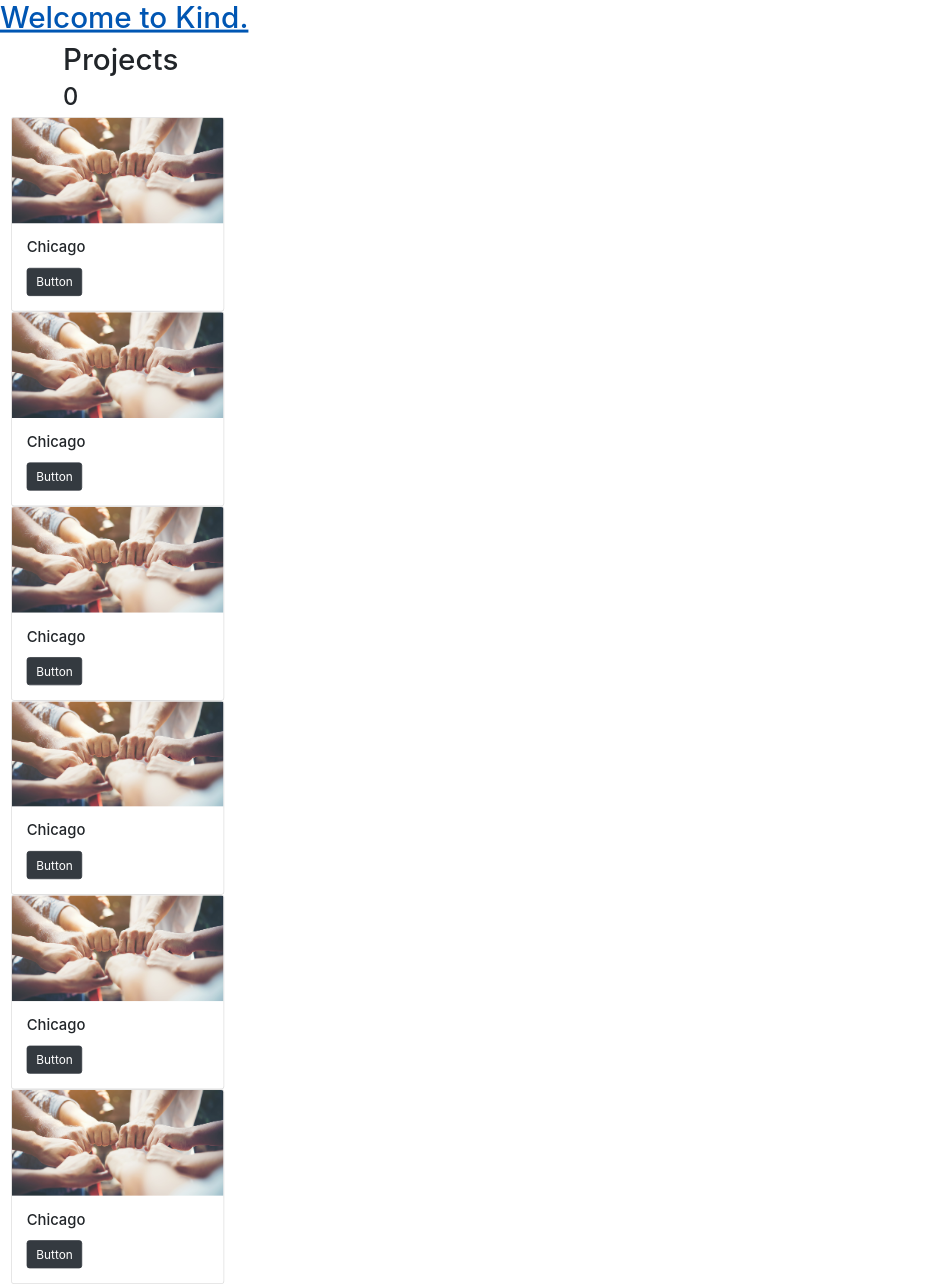
Repository: ruotolbr/KindApp--frontend
Page: / (app in kindappfront/)
An editor plug-in stored every save of this project. The page is shown before and after the next save, followed by the edit.
The browser window is 1280 px wide. The pictures show the whole page, at 74% of full size.
The page's requests for data from a server got no answer. The project was rebuilt for these pictures with package versions that can differ from the ones it lists, and the page was loaded fresh each time. No one was signed in, and anything a server would have sent is missing. Also part of the build but not shown: kindappfront/webpack.config.js.

Above is the page before, as saved 2021-03-02 13:46:48.

After the next save:
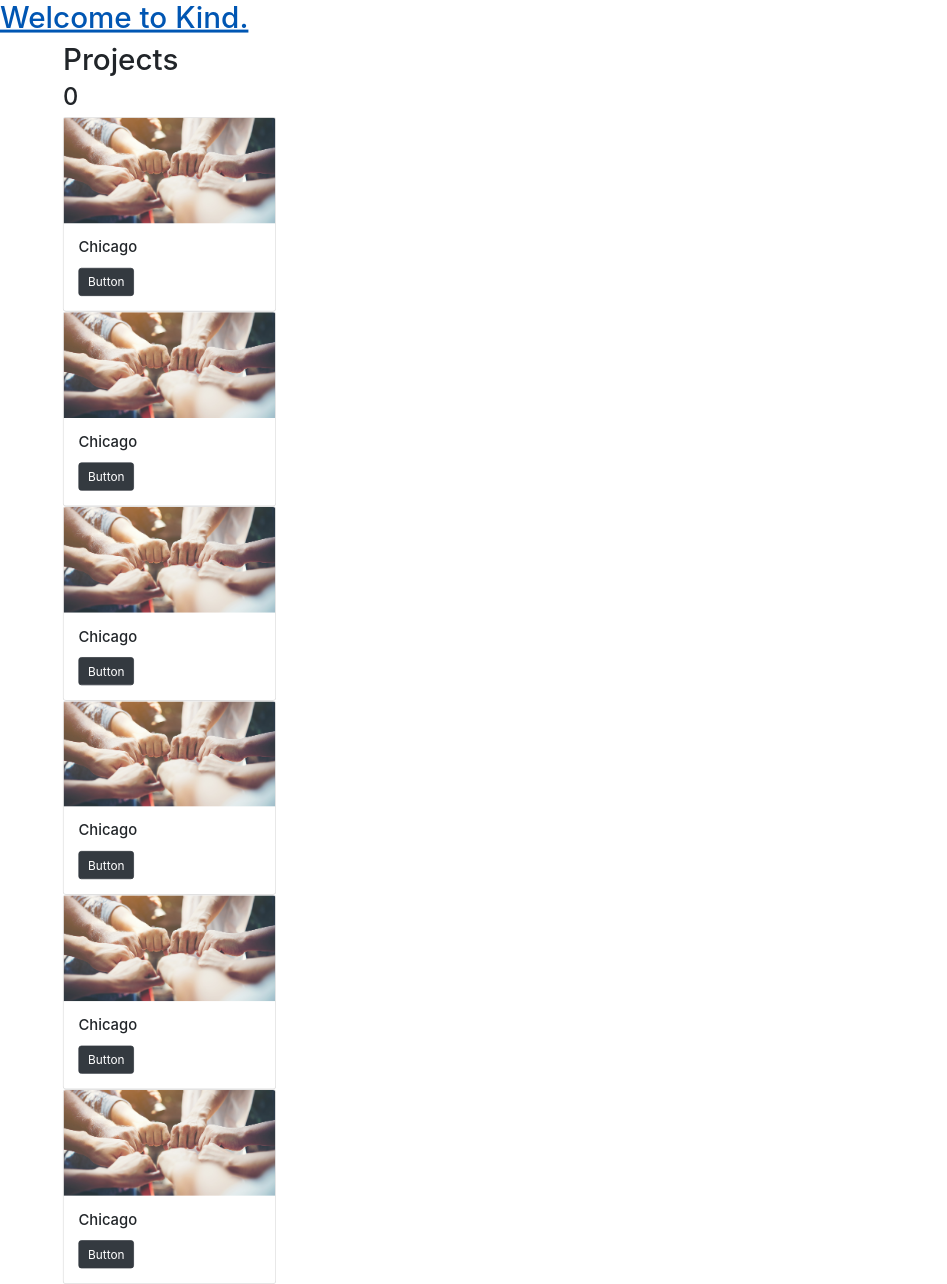
Saved 2 min 0 s later.
--- a/kindappfront/src/Components/Landing.jsx
+++ b/kindappfront/src/Components/Landing.jsx
@@ -1,6 +1,7 @@
 import React, {useState, useEffect} from 'react'
 import OpportunityCard from './OpportunityCard'
 import project from '../APIs/project'
+import { Container, Row, Col } from 'react-bootstrap';
 
 
 const LandingPage = () => {
@@ -22,6 +23,7 @@ const LandingPage = () => {
                 <h2>{projectInfo.length}</h2>
                 {console.log(projectInfo)}
             </div>
+            <Container>
             <div className="cards-container">
                 <OpportunityCard />
                 <OpportunityCard />
@@ -30,6 +32,7 @@ const LandingPage = () => {
                 <OpportunityCard />
                 <OpportunityCard />
             </div>
+            </Container>
         </>
     )
 }
